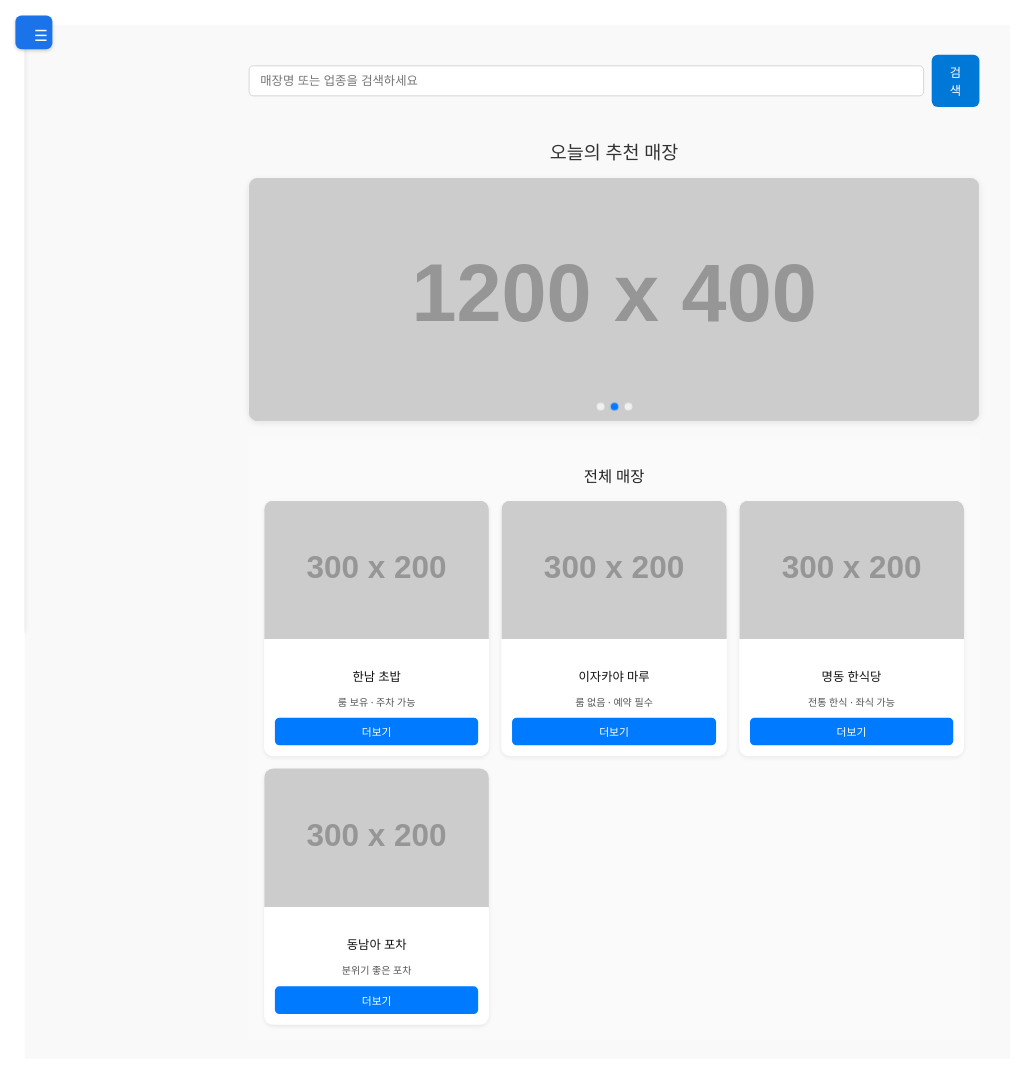
Repository: noiredex/Choplan-API
Page: / (app in choplan/frontend_main/)
These files come from the project's save history. The page is drawn as it stood at one moment and after the next save; the edit follows.
The browser window is 1280 px wide. The page is 1344 px wide, so the pictures cover 1344 px, including what lies to the right of the window. The pictures show the whole page, at 77% of full size.
The project was rebuilt for these pictures with package versions that can differ from the ones it lists, and the page was loaded fresh each time. Also part of the build but not shown: choplan/frontend_main/vite.config.js, choplan/frontend_main/vite.config.ts, choplan/frontend_main/src/styles/StoreDetailPage.css, choplan/frontend_main/src/pages/StoreDetailPage.jsx.

Above is the page before, as saved 2025-10-23 16:01:40.

After the next save:
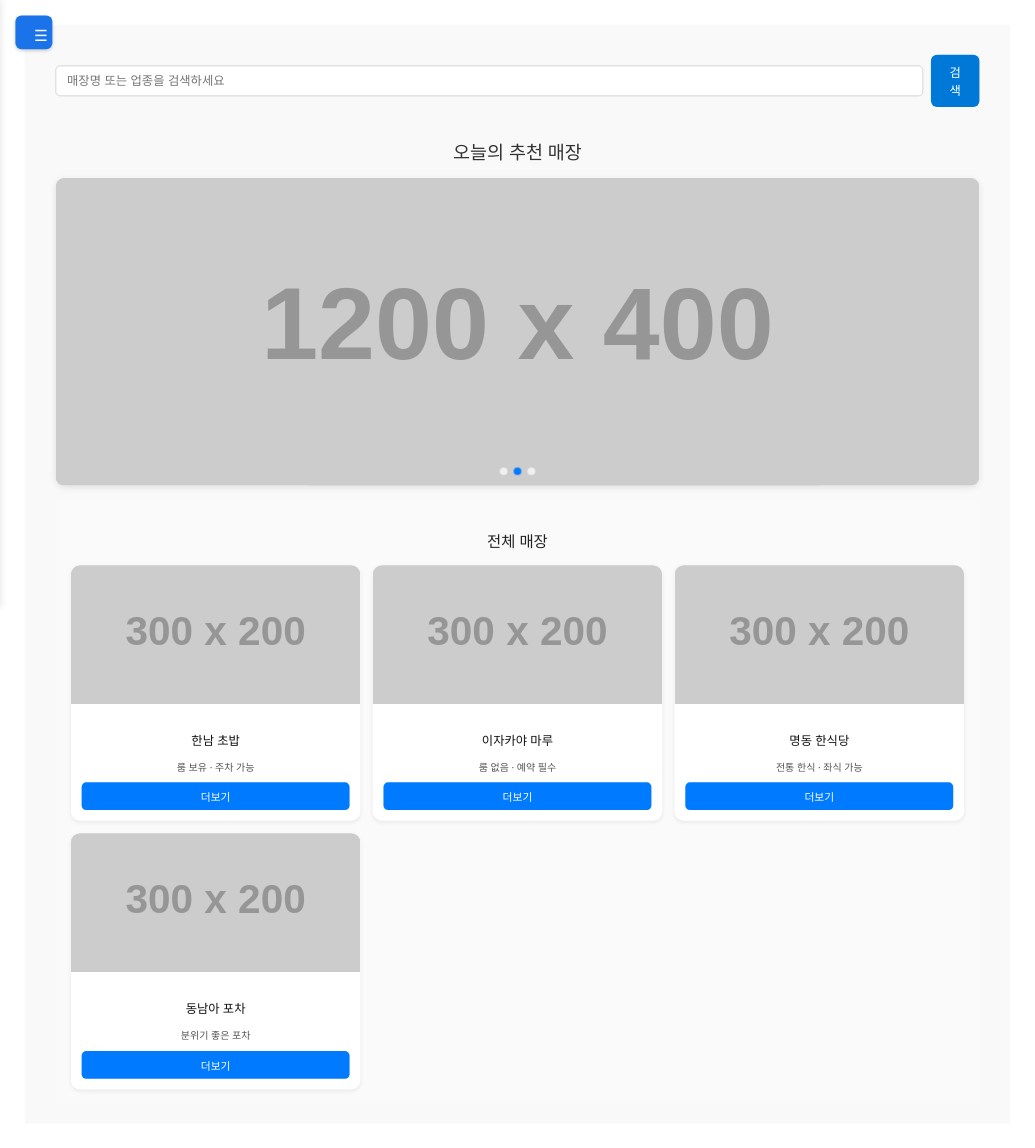
Saved 55 min 58 s later.
--- a/choplan/frontend_main/src/styles/HomePage.css
+++ b/choplan/frontend_main/src/styles/HomePage.css
@@ -115,11 +115,6 @@
     flex-direction: row;
   }
 
-  .sidebar {
-    position: relative;
-    height: 100vh;
-  }
-
   .main-content {
     padding: 24px 40px;
   }
